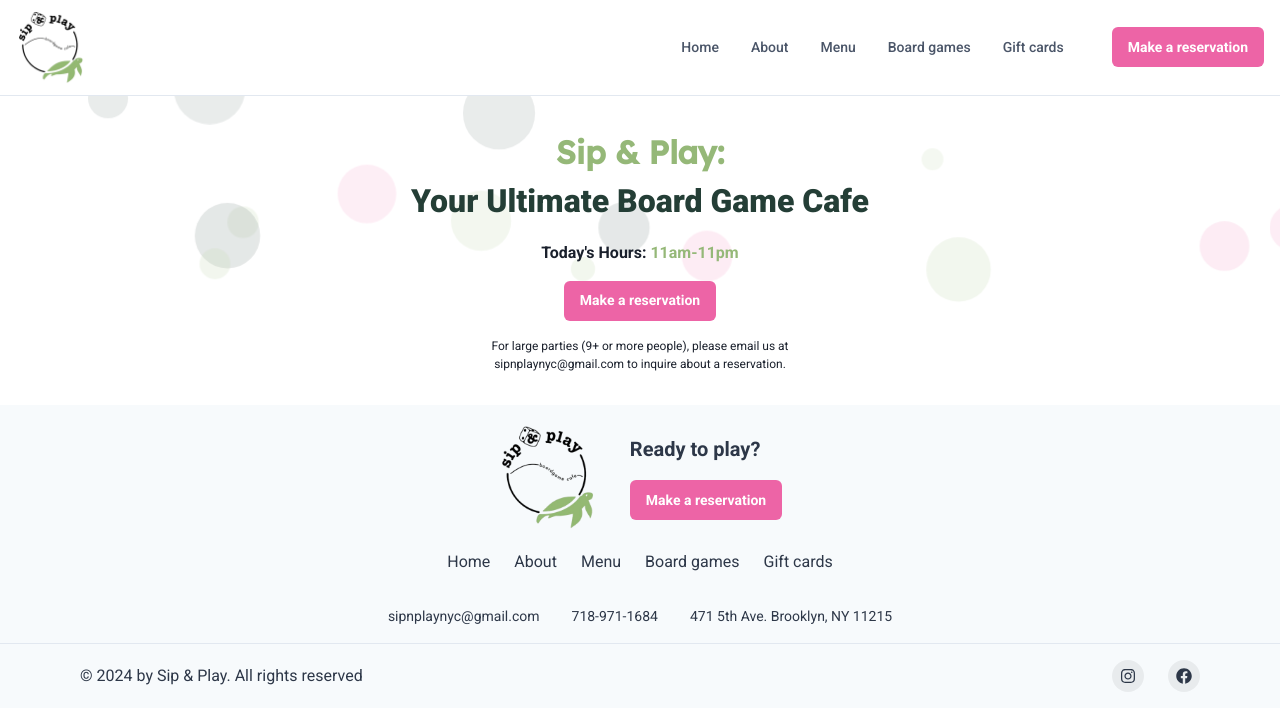
Repository: natespinetti/codedexsummerhackathon
Page: /
These files come from the project's save history. The page is drawn as it stood at one moment and after the next save; the edit follows.
The browser window is 1280 px wide. The pictures show the whole page.
The project was rebuilt for these pictures with package versions that can differ from the ones it lists, and the page was loaded fresh each time. The framework's server and built-in components were replaced by stand-ins that run in the browser. Also part of the build but not shown: next.config.mjs.

Above is the page before, as saved 2024-07-11 16:00:17.

After the next save:
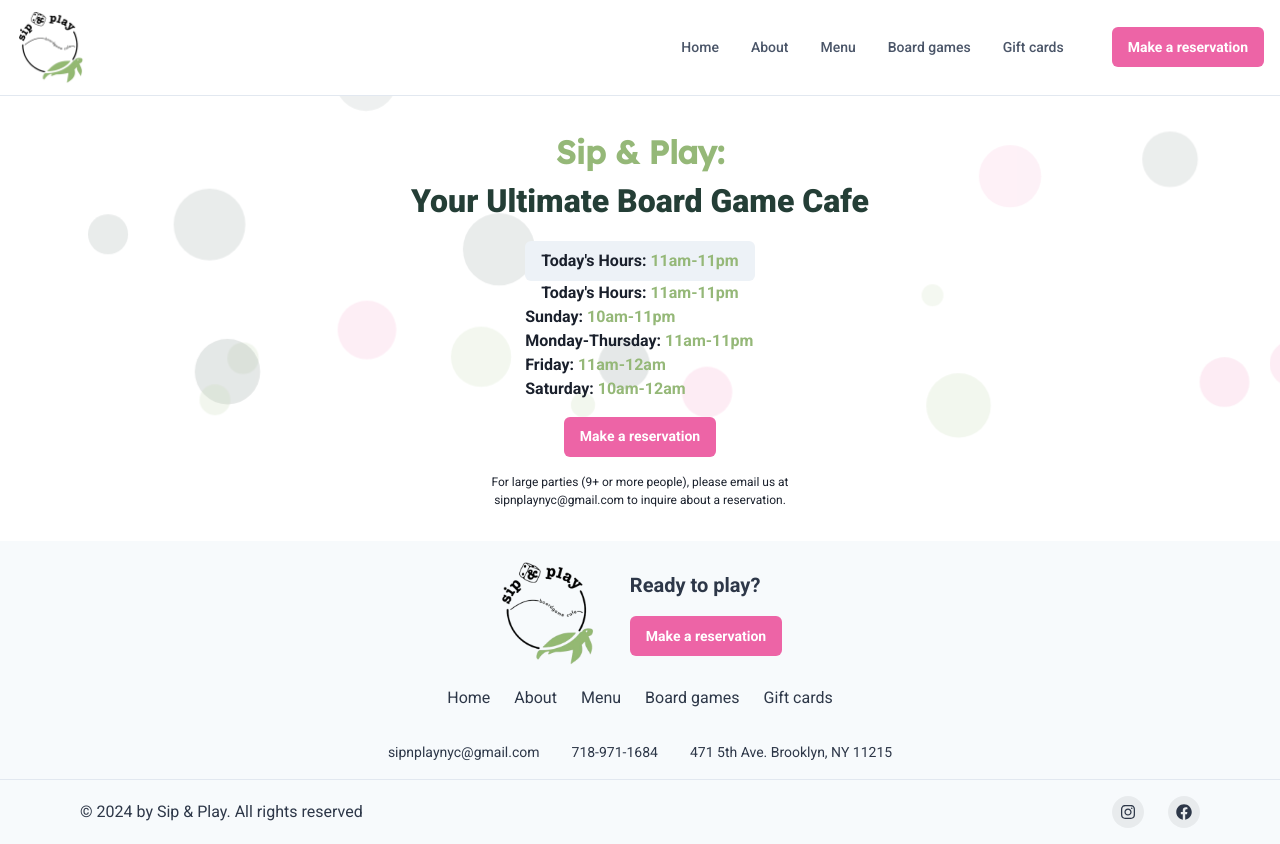
Saved 3 min 44 s later.
--- a/app/components/CurrentDaysHours.tsx
+++ b/app/components/CurrentDaysHours.tsx
@@ -1,5 +1,17 @@
 import React from "react";
 import { Box, Text } from "@chakra-ui/react";
+import {
+  Popover,
+  PopoverTrigger,
+  PopoverContent,
+  PopoverHeader,
+  PopoverBody,
+  PopoverFooter,
+  PopoverArrow,
+  PopoverCloseButton,
+  Button,
+  PopoverAnchor,
+} from "@chakra-ui/react";
 
 const openingHours: { [key: number]: string } = {
   0: "10am-11pm", //Sunday
@@ -17,12 +29,58 @@
 
   return (
     <Box textAlign="center" fontSize="16px">
+      <Popover>
+        <PopoverTrigger>
+          <Button>
+            <Text fontWeight="bold">
+              Today's Hours:{" "}
+              <Text color="#95b878" as="span">
+                {hours}
+              </Text>
+            </Text>
+          </Button>
+        </PopoverTrigger>
+        <PopoverContent>
+          <PopoverArrow />
+          <PopoverCloseButton />
+          <PopoverHeader>Confirmation!</PopoverHeader>
+          <PopoverBody>
+            Are you sure you want to have that milkshake?
+          </PopoverBody>
+        </PopoverContent>
+      </Popover>
       <Text fontWeight="bold">
         Today's Hours:{" "}
         <Text color="#95b878" as="span">
           {hours}
         </Text>
       </Text>
+      <Box display="flex" flexDir="column" textAlign="left">
+        <Text fontWeight="bold">
+          Sunday:{" "}
+          <Text color="#95b878" as="span">
+            10am-11pm
+          </Text>
+        </Text>
+        <Text fontWeight="bold">
+          Monday-Thursday:{" "}
+          <Text color="#95b878" as="span">
+            11am-11pm
+          </Text>
+        </Text>
+        <Text fontWeight="bold">
+          Friday:{" "}
+          <Text color="#95b878" as="span">
+            11am-12am
+          </Text>
+        </Text>
+        <Text fontWeight="bold">
+          Saturday:{" "}
+          <Text color="#95b878" as="span">
+            10am-12am
+          </Text>
+        </Text>
+      </Box>
     </Box>
   );
 }
